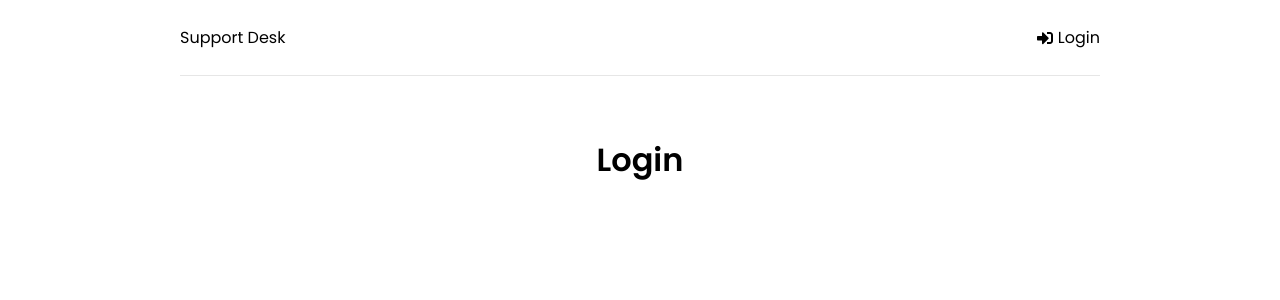
Repository: benjamins1995/support-desk
Page: /login (app in frontend/)
These files come from the project's save history. The page is drawn as it stood at one moment and after the next save; the edit follows.
The browser window is 1280 px wide. The pictures show the whole page.
The project was rebuilt for these pictures with package versions that can differ from the ones it lists, and the page was loaded fresh each time. Also part of the build but not shown: frontend/src/pages/Register.jsx. Imported but missing from the stored project, and not drawn on this page: frontend/src/features/counter/counterSlice, frontend/src/pages/Home.

Above is the page before, as saved 2022-03-01 20:55:38.

After the next save:
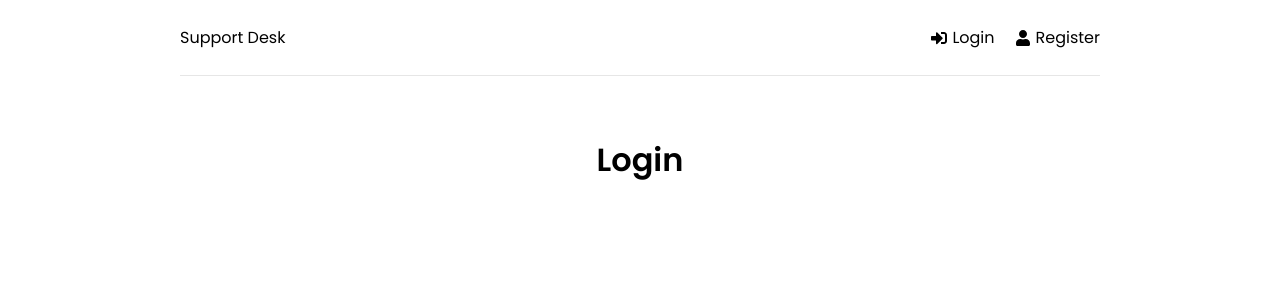
Saved 87 s later.
--- a/frontend/src/components/Header.jsx
+++ b/frontend/src/components/Header.jsx
@@ -13,6 +13,11 @@ function Header() {
             <FaSignInAlt /> Login
           </Link>
         </li>
+        <li>
+          <Link to='/register'>
+            <FaUser /> Register
+          </Link>
+        </li>
       </ul>
     </header>
   );
